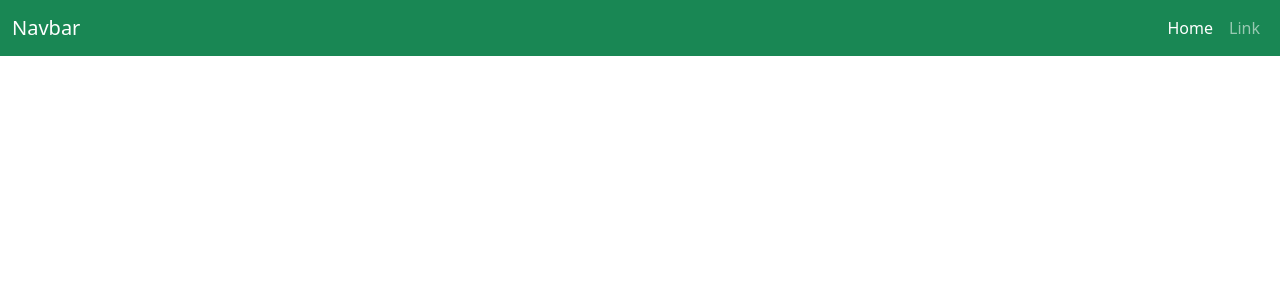
Repository: Anikett-777/app-auth
Page: http://localhost/Hospital_management_System_02/
These files come from the project's save history. The page is drawn as it stood at one moment and after the next save; the edit follows.
The browser window is 1280 px wide. The pictures show the whole page.
Some web libraries are served in a nearby version. The page is served by Tomcat 9. Other server files are loaded and not shown.

Above is the page before, as saved 2025-12-03 10:14:23.

### Hospital_management_System_02/src/main/webapp/index.jsp
<%@ page language="java" contentType="text/html; charset=UTF-8"
	pageEncoding="UTF-8"%>
<!DOCTYPE html>
<html>
<head>
<meta charset="UTF-8">
<title>Index Page</title>
<%@ include file="components/allcss.jsp" %>
</head>
<body>
<%@include file="components/navbar.jsp" %>



</body>

</html>

### Hospital_management_System_02/src/main/webapp/components/allcss.jsp
<link
	href="https://cdn.jsdelivr.net/npm/bootstrap@5.3.8/dist/css/bootstrap.min.css"
	rel="stylesheet"
	integrity="sha384-sRIl4kxILFvY47J16cr9ZwB07vP4J8+LH7qKQnuqkuIAvNWLzeN8tE5YBujZqJLB"
	crossorigin="anonymous">

<link rel="stylesheet"
	href="https://cdnjs.cloudflare.com/ajax/libs/font-awesome/7.0.1/css/all.min.css"
	integrity="sha512-2SwdPD6INVrV/lHTZbO2nodKhrnDdJK9/kg2XD1r9uGqPo1cUbujc+IYdlYdEErWNu69gVcYgdxlmVmzTWnetw=="
	crossorigin="anonymous" referrerpolicy="no-referrer" />

	<script
		src="https://cdn.jsdelivr.net/npm/bootstrap@5.3.8/dist/js/bootstrap.bundle.min.js"
		integrity="sha384-FKyoEForCGlyvwx9Hj09JcYn3nv7wiPVlz7YYwJrWVcXK/BmnVDxM+D2scQbITxI"
		crossorigin="anonymous"></script>

### Hospital_management_System_02/src/main/webapp/components/navbar.jsp
<nav class="navbar navbar-expand-lg navbar-dark bg-success">
  <div class="container-fluid">
    <a class="navbar-brand" href="#">Navbar</a>
    <button class="navbar-toggler" type="button" data-bs-toggle="collapse" data-bs-target="#navbarSupportedContent" aria-controls="navbarSupportedContent" aria-expanded="false" aria-label="Toggle navigation">
      <span class="navbar-toggler-icon"></span>
    </button>
    <div class="collapse navbar-collapse" id="navbarSupportedContent">
      <ul class="navbar-nav ms-auto mb-2 mb-lg-0">
        <li class="nav-item">
          <a class="nav-link active" aria-current="page" href="#">Home</a>
        </li>
        <li class="nav-item">
          <a class="nav-link" href="#">Link</a>
        </li>


     <!--    <li class="nav-item dropdown">
          <a class="nav-link dropdown-toggle" href="#" role="button" data-bs-toggle="dropdown" aria-expanded="false">
            Dropdown
          </a>
          <ul class="dropdown-menu">
            <li><a class="dropdown-item" href="#">Action</a></li>
            <li><a class="dropdown-item" href="#">Another action</a></li>
            <li><hr class="dropdown-divider"></li>
            <li><a class="dropdown-item" href="#">Something else here</a></li>
          </ul>
        </li> -->


      </ul>
    </div>
  </div>
</nav>

After the next save:
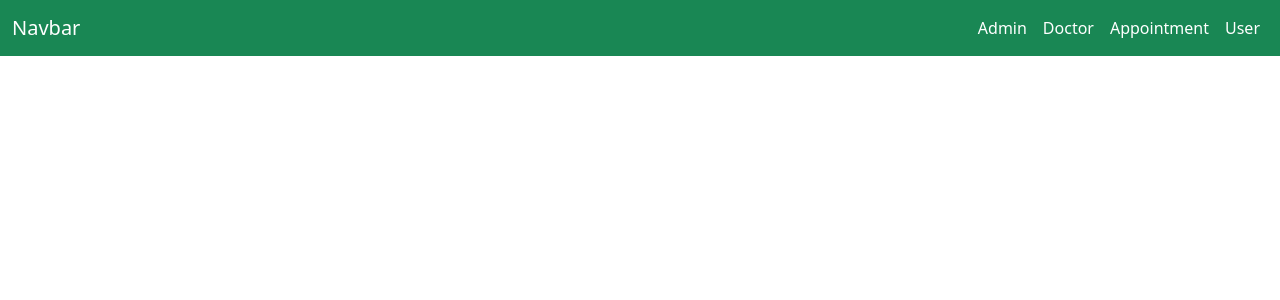
Saved 99 s later.
--- a/Hospital_management_System_02/src/main/webapp/components/navbar.jsp
+++ b/Hospital_management_System_02/src/main/webapp/components/navbar.jsp
@@ -1,20 +1,24 @@
 <nav class="navbar navbar-expand-lg navbar-dark bg-success">
-  <div class="container-fluid">
-    <a class="navbar-brand" href="#">Navbar</a>
-    <button class="navbar-toggler" type="button" data-bs-toggle="collapse" data-bs-target="#navbarSupportedContent" aria-controls="navbarSupportedContent" aria-expanded="false" aria-label="Toggle navigation">
-      <span class="navbar-toggler-icon"></span>
-    </button>
-    <div class="collapse navbar-collapse" id="navbarSupportedContent">
-      <ul class="navbar-nav ms-auto mb-2 mb-lg-0">
-        <li class="nav-item">
-          <a class="nav-link active" aria-current="page" href="#">Home</a>
-        </li>
-        <li class="nav-item">
-          <a class="nav-link" href="#">Link</a>
-        </li>
+	<div class="container-fluid">
+		<a class="navbar-brand" href="#">Navbar</a>
+		<button class="navbar-toggler" type="button" data-bs-toggle="collapse"
+			data-bs-target="#navbarSupportedContent"
+			aria-controls="navbarSupportedContent" aria-expanded="false"
+			aria-label="Toggle navigation">
+			<span class="navbar-toggler-icon"></span>
+		</button>
+		<div class="collapse navbar-collapse" id="navbarSupportedContent">
+			<ul class="navbar-nav ms-auto mb-2 mb-lg-0">
+				<li class="nav-item"><a class="nav-link active"
+					aria-current="page" href="#">Admin</a></li>
+				<li class="nav-item"><a class="nav-link active"
+					aria-current="page" href="#">Doctor</a></li>
+				<li class="nav-item"><a class="nav-link active"
+					aria-current="page" href="#">Appointment</a></li>
+					<li class="nav-item"><a class="nav-link active"
+					aria-current="page" href="#">User</a></li>
 
-
-     <!--    <li class="nav-item dropdown">
+				<!--    <li class="nav-item dropdown">
           <a class="nav-link dropdown-toggle" href="#" role="button" data-bs-toggle="dropdown" aria-expanded="false">
             Dropdown
           </a>
@@ -27,7 +31,7 @@
         </li> -->
 
 
-      </ul>
-    </div>
-  </div>
+			</ul>
+		</div>
+	</div>
 </nav>
